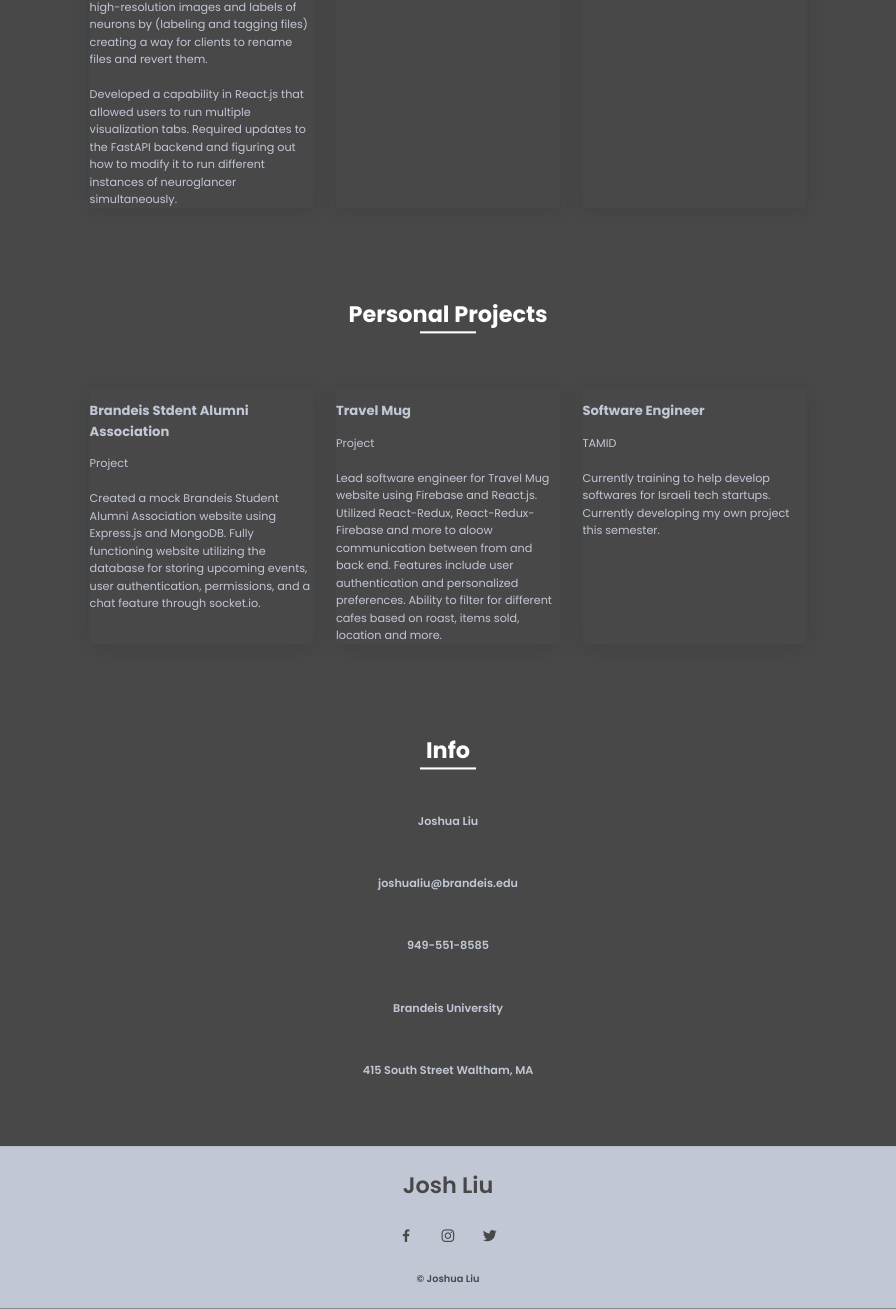
Repository: joshliu14/joshliu14.github.io
Page: index.html
An editor plug-in stored every save of this project. The page is shown before and after the next save, followed by the edit.
The browser window is 1280 px wide. The pictures show the part of the page from y = 2815 to 4735 px (the page is 4685 px tall before and 4735 px after), at 70% of full size.

Above is the page before, as saved 2024-02-01 01:11:40.

After the next save:
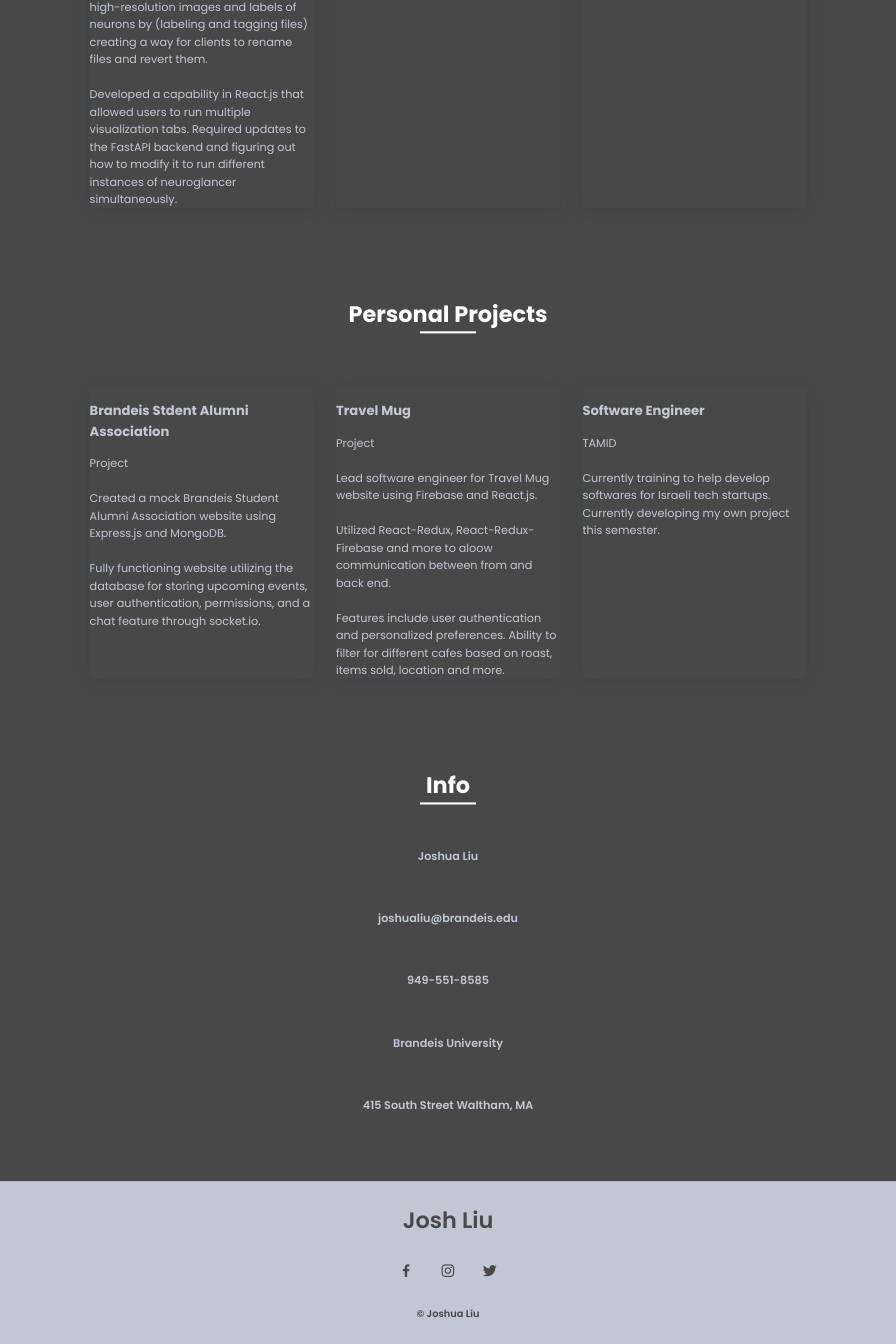
Saved 84 s later.
--- a/index.html
+++ b/index.html
@@ -291,7 +291,10 @@
                 <p class="work__description">
                     <br />
                     Created a mock Brandeis Student Alumni Association website
-                    using Express.js and MongoDB. Fully functioning website utilizing the
+                    using Express.js and MongoDB.
+                    <br />
+                    <br />
+                    Fully functioning website utilizing the
                     database for storing upcoming events, user authentication, permissions,
                     and a chat feature through socket.io.
                 </p>
@@ -301,8 +304,14 @@
                 <span class="work__subtitle">Project</span>
                 <p class="work__description">
                     <br />
-                    Lead software engineer for Travel Mug website using Firebase and React.js. Utilized React-Redux, React-Redux-Firebase
-                    and more to aloow communication between from and back end. Features include user authentication and personalized preferences.
+                    Lead software engineer for Travel Mug website using Firebase and React.js.
+                    <br />
+                    <br />
+                    Utilized React-Redux, React-Redux-Firebase
+                    and more to aloow communication between from and back end.
+                    <br />
+                    <br />
+                    Features include user authentication and personalized preferences.
                     Ability to filter for different cafes based on roast, items sold, location and more.
                 </p>
                 </div>
